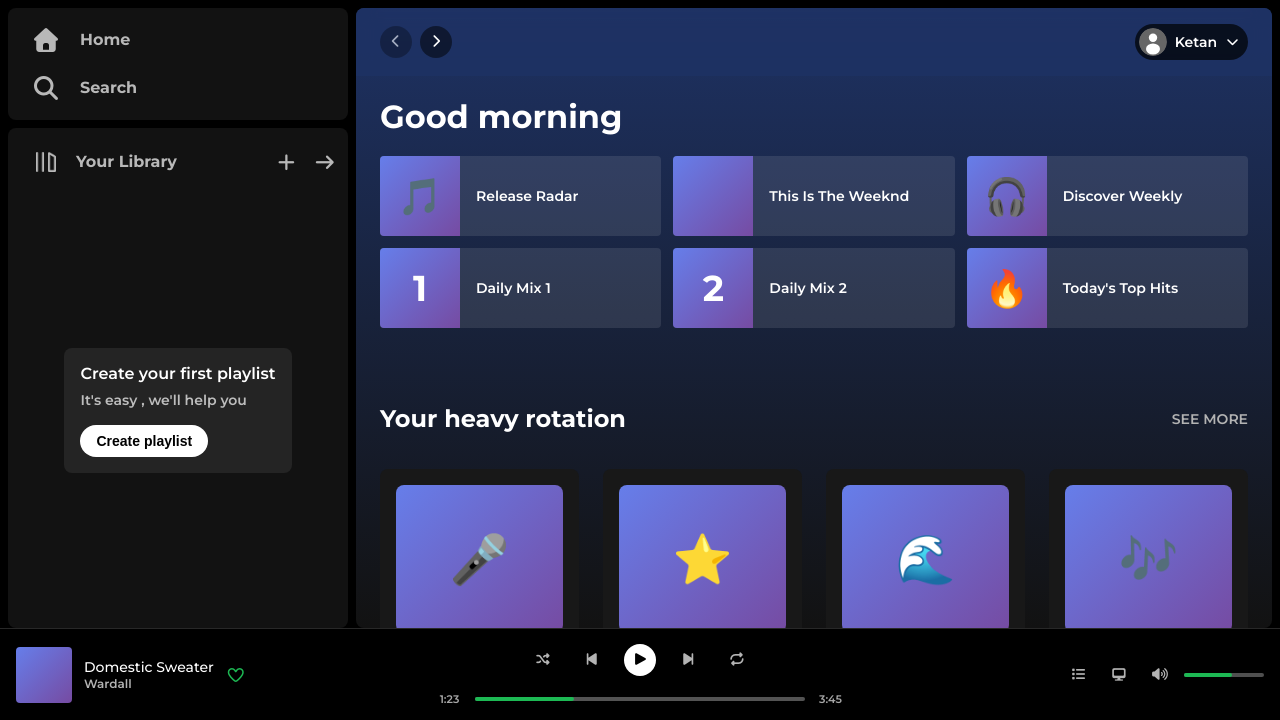
Repository: ketanBisht/spotifyFrontEnd
Page: final.html
These files come from the project's save history. The page is drawn as it stood at one moment and after a run of saves; the edit follows.
The browser window is 1280 px wide. The pictures show the whole page.
An inner scrolling area shows only its first screen. Some web libraries are served in a nearby version.

Above is the page before, as saved 2025-08-31 16:05:01.

### final.html
<!DOCTYPE html>
<html lang="en">
<head>
    <meta charset="UTF-8">
    <meta name="viewport" content="width=device-width, initial-scale=1.0">
    <link rel="stylesheet" href="https://cdnjs.cloudflare.com/ajax/libs/font-awesome/7.0.0/css/all.min.css" integrity="sha512-DxV+EoADOkOygM4IR9yXP8Sb2qwgidEmeqAEmDKIOfPRQZOWbXCzLC6vjbZyy0vPisbH2SyW27+ddLVCN+OMzQ==" crossorigin="anonymous" referrerpolicy="no-referrer" />
    <title>Spotify Clone - Fixed</title>
    <link rel="preconnect" href="https://fonts.googleapis.com">
    <link rel="preconnect" href="https://fonts.gstatic.com" crossorigin>
    <link href="https://fonts.googleapis.com/css2?family=Montserrat:ital,wght@0,100..900;1,100..900&display=swap" rel="stylesheet">
    <link rel="stylesheet" href="final.css">
</head>
<body>
    <div class="main">
        <div class="sideBar">
            <div class="nav">
                <div class="navOption">
                    <i class="fa-solid fa-house"></i>
                    <a href="">Home</a>
                </div>
                <div class="navOption">
                    <i class="fa-solid fa-magnifying-glass"></i>
                    <a href="">Search</a>
                </div>
            </div>
            <div class="library">
                <div class="options">
                    <div class="libOption navOption">
                        <img src="./assets/library_icon.png" alt="library">
                        <a href="">Your Library</a>
                    </div>
                    <div class="icons">
                        <i class="fa-solid fa-plus"></i>
                        <i class="fa-solid fa-arrow-right"></i>
                    </div>
                </div>
                <div class="libBox">
                    <div class="box">
                        <div class="box1">Create your first playlist</div>
                        <div class="box2">It's easy , we'll help you</div>
                        <button class="badge">Create playlist</button>
                    </div>
                </div>
            </div>
        </div>
        <div class="mainContent">
            <div class="content-header">
                <div class="nav-arrows">
                    <button class="nav-arrow">
                        <i class="fa-solid fa-chevron-left"></i>
                    </button>
                    <button class="nav-arrow">
                        <i class="fa-solid fa-chevron-right"></i>
                    </button>
                </div>
                <div class="user-menu">
                    <div class="user-profile">
                        <div class="profile-image"></div>
                        <span class="profile-name">Ketan</span>
                        <i class="fa-solid fa-chevron-down"></i>
                    </div>
                </div>
            </div>

            <div class="greeting-section">
                <h1 class="greeting-title">Good morning</h1>

                <div class="quick-picks">
                    <div class="quick-pick-item">
                        <div class="quick-pick-image release-radar"></div>
                        <div class="quick-pick-title">Release Radar</div>
                    </div>
                    <div class="quick-pick-item">
                        <div class="quick-pick-image weeknd"></div>
                        <div class="quick-pick-title">This Is The Weeknd</div>
                    </div>
                    <div class="quick-pick-item">
                        <div class="quick-pick-image discover-weekly"></div>
                        <div class="quick-pick-title">Discover Weekly</div>
                    </div>
                    <div class="quick-pick-item">
                        <div class="quick-pick-image daily-mix-1"></div>
                        <div class="quick-pick-title">Daily Mix 1</div>
                    </div>
                    <div class="quick-pick-item">
                        <div class="quick-pick-image daily-mix-2"></div>
                        <div class="quick-pick-title">Daily Mix 2</div>
                    </div>
                    <div class="quick-pick-item">
                        <div class="quick-pick-image top-hits"></div>
                        <div class="quick-pick-title">Today's Top Hits</div>
                    </div>
                </div>
            </div>

            <div class="section">
                <div class="section-header">
                    <h2 class="section-title">Your heavy rotation</h2>
                    <a href="" class="show-all">SEE MORE</a>
                </div>
                <div class="cards-grid">
                    <div class="card">
                        <div class="card-image paint-town-red"></div>
                        <button class="play-button">
                            <i class="fa-solid fa-play"></i>
                        </button>
                        <div class="card-title">Paint The Town Red</div>
                        <div class="card-description">Doja Cat</div>
                    </div>
                    <div class="card">
                        <div class="card-image never-ending"></div>
                        <button class="play-button">
                            <i class="fa-solid fa-play"></i>
                        </button>
                        <div class="card-title">Never Ending Song</div>
                        <div class="card-description">Conan Gray</div>
                    </div>
                    <div class="card">
                        <div class="card-image snooze"></div>
                        <button class="play-button">
                            <i class="fa-solid fa-play"></i>
                        </button>
                        <div class="card-title">Snooze</div>
                        <div class="card-description">SZA</div>
                    </div>
                    <div class="card">
                        <div class="card-image here-now"></div>
                        <button class="play-button">
                            <i class="fa-solid fa-play"></i>
                        </button>
                        <div class="card-title">Here And Now</div>
                        <div class="card-description">Gilberto Gil</div>
                    </div>
                    <div class="card">
                        <div class="card-image back-black"></div>
                        <button class="play-button">
                            <i class="fa-solid fa-play"></i>
                        </button>
                        <div class="card-title">Back To Black</div>
                        <div class="card-description">Amy Winehouse</div>
                    </div>
                </div>
            </div>
        </div>
    </div>

    <div class="player">
        <div class="player-left">
            <div class="now-playing">
                <div class="now-playing-image"></div>
                <div class="now-playing-info">
                    <h4>Domestic Sweater</h4>
                    <p>Wardall</p>
                </div>
            </div>
            <i class="fa-regular fa-heart heart-icon"></i>
        </div>

        <div class="player-center">
            <div class="controls">
                <button class="control-btn">
                    <i class="fa-solid fa-shuffle"></i>
                </button>
                <button class="control-btn">
                    <i class="fa-solid fa-backward-step"></i>
                </button>
                <button class="control-btn play-btn">
                    <i class="fa-solid fa-play"></i>
                </button>
                <button class="control-btn">
                    <i class="fa-solid fa-forward-step"></i>
                </button>
                <button class="control-btn">
                    <i class="fa-solid fa-repeat"></i>
                </button>
            </div>
            <div class="progress-bar">
                <span class="time">1:23</span>
                <div class="long-progress">
                    <div class="long-progress-filled"></div>
                </div>
                <span class="time">3:45</span>
            </div>
        </div>

        <div class="player-right">
            <div class="volume-controls">
                <button class="control-btn">
                    <i class="fa-solid fa-list"></i>
                </button>
                <button class="control-btn">
                    <i class="fa-solid fa-desktop"></i>
                </button>
                <button class="control-btn">
                    <i class="fa-solid fa-volume-high"></i>
                </button>
                <div class="progress">
                    <div class="progress-filled"></div>
                </div>
            </div>
        </div>
    </div>
</body>
</html>

Loaded but not shown: final.css (737 lines, source omitted)

After the next 3 saves:
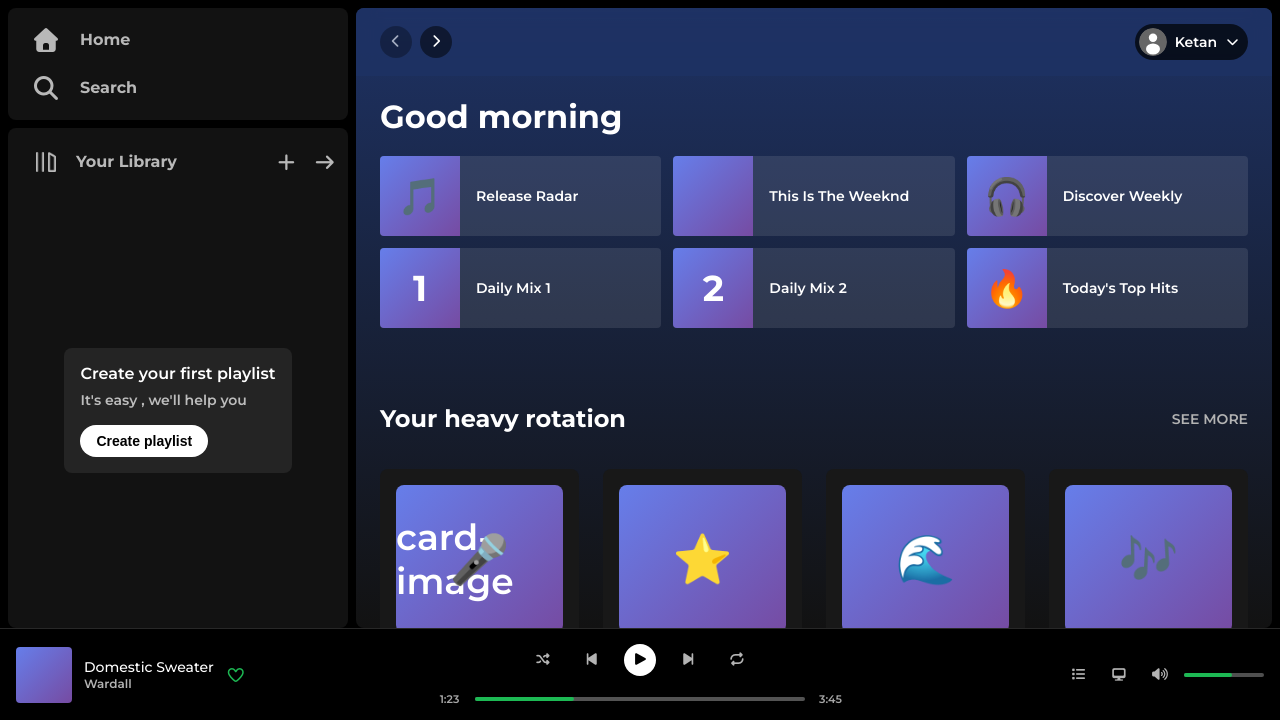
The 3 saves are shown as one change because they came seconds apart.
The last was saved 37 s later.
--- a/final.html
+++ b/final.html
@@ -100,7 +100,9 @@
                 </div>
                 <div class="cards-grid">
                     <div class="card">
-                        <div class="card-image paint-town-red"></div>
+                        <div class="card-image paint-town-red">
+                            card-image
+                        </div>
                         <button class="play-button">
                             <i class="fa-solid fa-play"></i>
                         </button>

After the save that followed:
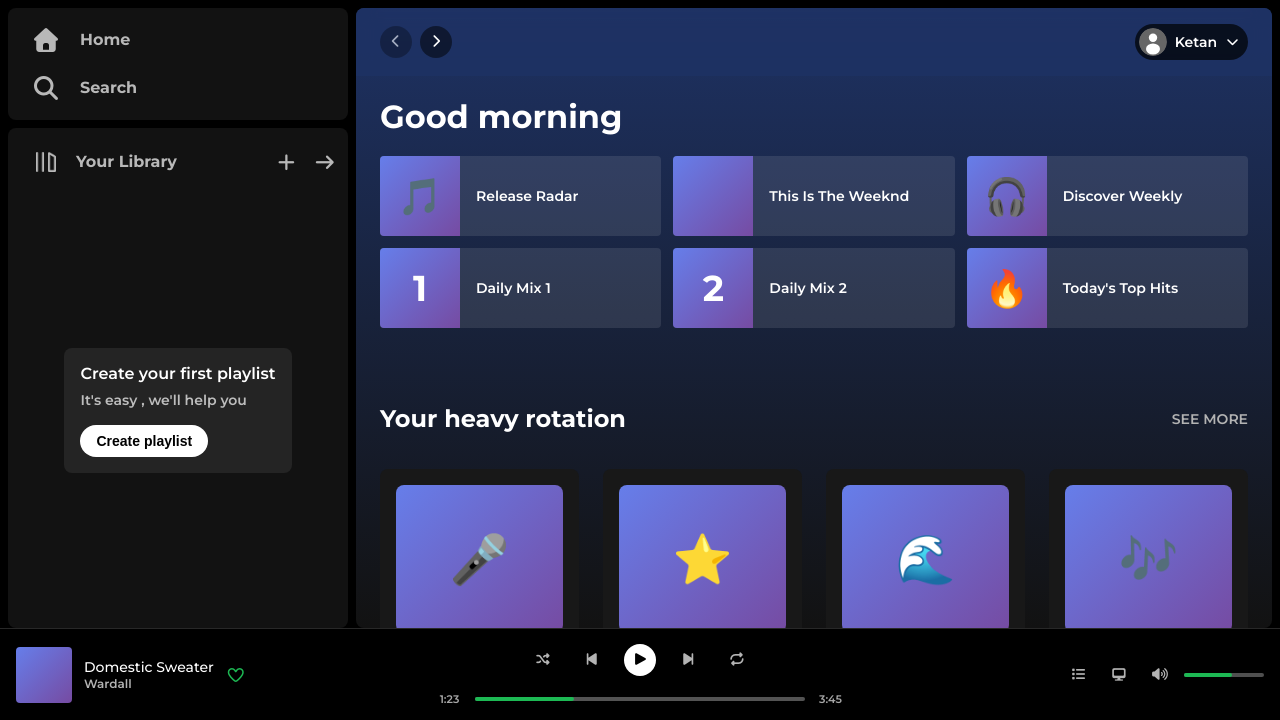
Saved 5 s later.
--- a/final.html
+++ b/final.html
@@ -101,7 +101,7 @@
                 <div class="cards-grid">
                     <div class="card">
                         <div class="card-image paint-town-red">
-                            card-image
+
                         </div>
                         <button class="play-button">
                             <i class="fa-solid fa-play"></i>
